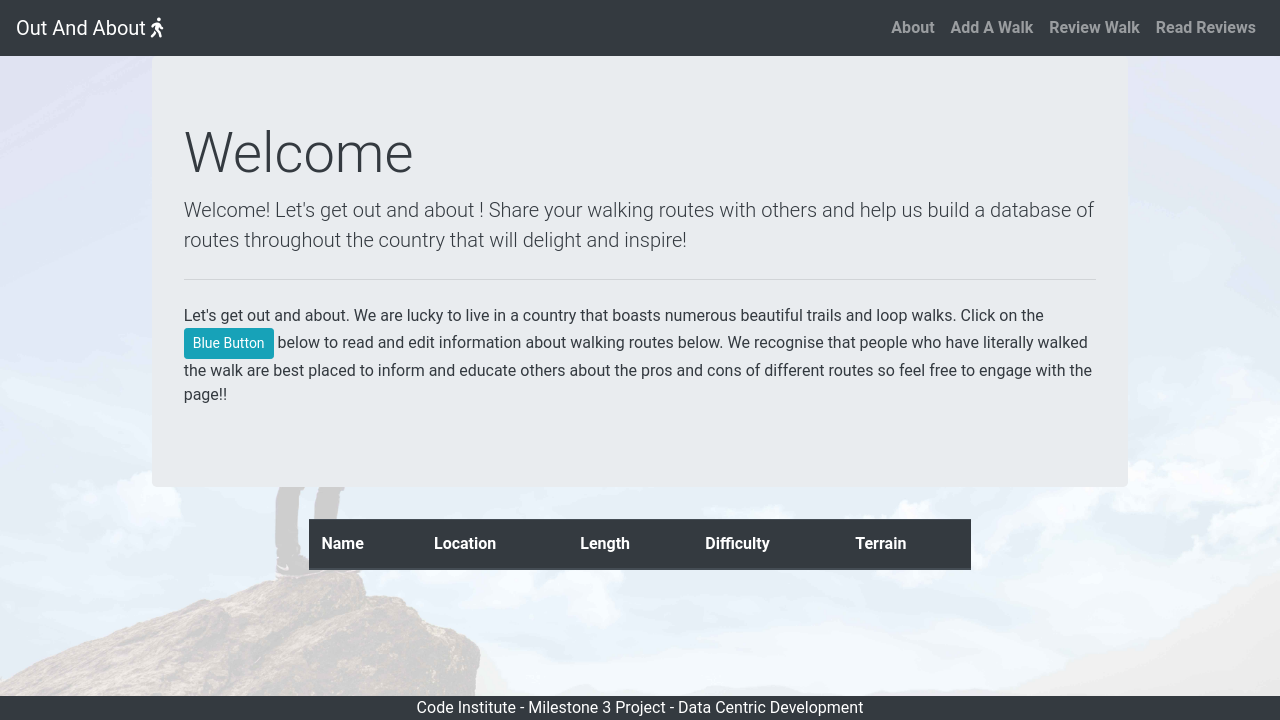
Repository: 5803emma/days-of-walking
Page: http://localhost/
The author's editor kept a record of every edit. The page is drawn from the files as they stood at one moment, then again after the next edit.
The browser window is 1280 px wide. The pictures show the whole page.
Some web libraries are served in a nearby version. The page is served by the project's application, run on Flask 3 (app.py). Queries for data that is not in the repository find no rows.

Above is the page before.

### templates/home.html
{% extends 'base.html'%} {% block content %}

<div class="container-fluid">

 <div class="row-welcome justify-content-center">
  <div class="col-12 text-dark">
   <div class="jumbotron">
    <h1 class="display-4">Welcome</h1>
    <p class="lead">Welcome! Let's get out and about ! Share your walking routes with others and help us build a database of routes throughout the country that will delight and inspire!</p>
    <hr class="my-4">
    <p>Let's get out and about.  We are lucky to live in a country that boasts numerous beautiful trails and loop walks. Click on the <button type="button" class="btn btn-info btn-sm">Blue Button</button>  below to read and edit information about walking routes below.  We recognise that people who have literally walked the walk are best placed to inform and educate others about the pros and cons of different routes so feel free to engage with the page!!</p>
   </div>
  </div>
 </div>

 <div class="row justify-content-center">
  <div class="col-12 col-md-8 table-responsive table-data">
   <table class="table table-hover">
    <thead class="thead-dark">
     <tr>
      <th scope="col">Name</th>
      <th scope="col">Location</th>
      <th scope="col">Length</th>
      <th scope="col">Difficulty</th>
      <th scope="col">Terrain</th>
     </tr>
    </thead>
    <tbody>

     {% for walk in walks %}
     <tr>
      <td><a class="btn btn-info btn-sm" href="{{url_for('edit_walk', walk_id=walk._id)}}" role="button">{{walk.walk_name}}</a></td>
      <td>{{walk.walk_location}}</td>
      <td>{{walk.walk_length}}</td>
      <td>{{walk.walk_difficulty}}</td>
      <td>{{walk.walk_terrain}}</td>
     </tr>
     {% endfor %}
    </tbody>
   </table>

  </div>
  {% endblock %}

### templates/base.html
<!DOCTYPE html>
<html>

<head>
    <link rel="stylesheet" href="https://stackpath.bootstrapcdn.com/bootstrap/4.4.1/css/bootstrap.min.css">
    <link rel="stylesheet" href="https://cdnjs.cloudflare.com/ajax/libs/font-awesome/5.12.0/css/all.min.css" />
    <link rel="stylesheet" href="{{ url_for('static', filename='css/style.css') }}" type="text/css" />
</head>

<body>
    <header>
        <nav class="navbar navbar-expand-md navbar-dark bg-dark home-logo-text">
            <a class="navbar-brand" href="{{url_for('get_walks')}}">Out And About <i
                    class="fas fa-walking"></i></a>
            <button class="navbar-toggler" type="button" data-toggle="collapse" data-target="#navbarNavAltMarkup" aria-controls="navbarNavAltMarkup" aria-expanded="false" aria-label="Toggle navigation">
                <span class="navbar-toggler-icon"></span>
            </button>
            <div class="collapse navbar-collapse" id="navbarNavAltMarkup">
                <div class="navbar-nav ml-auto">
                    <a class="nav-item nav-link" href="{{url_for('about')}}">About</a>
                    <a class="nav-item nav-link" href="{{url_for('add_new_walk')}}">Add A Walk</a>
                    <a class="nav-item nav-link" href="{{url_for('walk_review')}}">Review Walk</a>
                     <a class="nav-item nav-link" href="{{url_for('read_review')}}">Read Reviews</a>
                </div>
            </div>

        </nav>
    </header>

    <!-- Container for injected templates -->
    <div class="container-fluid">
        <div class="row justify-content-center">
            <div class="col-12 col-md-10 template-col">

    {% block content %} {% endblock %}

 <!-- Footer -->
  <footer class="bg-dark fixed-bottom">
    <div class="container-fluid">
      <p class="m-0 text-center text-white">Code Institute - Milestone 3 Project - Data Centric Development</p>
    </div>
    <!-- /.container -->
  </footer>

    <script src="https://code.jquery.com/jquery-3.4.1.slim.min.js"></script>
    <script src="https://cdn.jsdelivr.net/npm/popper.js@1.16.0/dist/umd/popper.min.js"></script>
    <script src="https://stackpath.bootstrapcdn.com/bootstrap/4.4.1/js/bootstrap.min.js"></script>
</body>

</html>

### app.py
import os
from flask import Flask, render_template, redirect, request, url_for
from flask_pymongo import PyMongo
from bson.objectid import ObjectId

app = Flask(__name__)

app.config["MONGO_DBNAME"] = 'walking_app'
app.config["MONGO_URI"] = 'mongodb+srv://root:johnbell@myfirstcluster-20lqh.mongodb.net/walking_app?retryWrites=true&w=majority'

mongo = PyMongo(app)

@app.route("/")
@app.route("/get_walks")
def get_walks():
    return render_template("home.html", walks=mongo.db.walks.find())

@app.route("/about")
def about():
    return render_template("about.html")


@app.route("/add_new_walk")
def add_new_walk():
    return render_template("add_walk.html")


@app.route("/insert_walk", methods=['POST'])
def insert_walk():
    walk = mongo.db.walks
    walk.insert_one(request.form.to_dict())
    return redirect(url_for('get_walks'))

# Update Information About Walk

@app.route("/edit_walk/<walk_id>")
def edit_walk(walk_id):
    the_walk = mongo.db.walks.find_one({"_id": ObjectId(walk_id)})
    return render_template("update_walk.html", walk=the_walk)

@app.route("/update_walk/<walk_id>", methods=["POST"])
def update_walk(walk_id):
    walk = mongo.db.walks
    walk.update({'_id': ObjectId(walk_id)}, {
        'walk_name' : request.form.get('walk_name'),
        'walk_location' : request.form.get('walk_location'),
        'walk_length' : request.form.get('walk_length'),
        'walk_difficulty' : request.form.get('walk_difficulty'),
        'walk_terrain' : request.form.get('walk_terrain')
    })
    return redirect(url_for('get_walks'))

# Delete Option

@app.route("/delete_walk/<walk_id>")
def delete_walk(walk_id):
    mongo.db.walks.remove({'_id': ObjectId(walk_id)})
    return redirect(url_for('get_walks'))

@app.route("/leave_review")
def walk_review():
    return render_template("walk_review.html", walks=mongo.db.walks.find())

# Sends the data that the user inserts to the database

@app.route("/walk_review", methods=['POST'])
def insert_review():
    review = mongo.db.reviews
    review.insert_one(request.form.to_dict())
    return redirect(url_for('walk_review'))


@app.route("/read_review")
def read_review():
    return render_template("read_reviews.html", reviews=mongo.db.reviews.find())

if __name__ == "__main__":
    app.run(host=os.environ.get("IP"),
    port=int(os.environ.get("PORT")),
    debug=True)

### static/css/style.css
body {
  background-image: url(../images/bg-image.jpg);
  background-color: #FAFAFA;
  background-repeat: no-repeat;
  background-size: cover;
  font-family: 'Roboto', sans-serif;
}

.nav-item {
  font-weight: bold;
  color: #ffffff;
}

After the next edit:
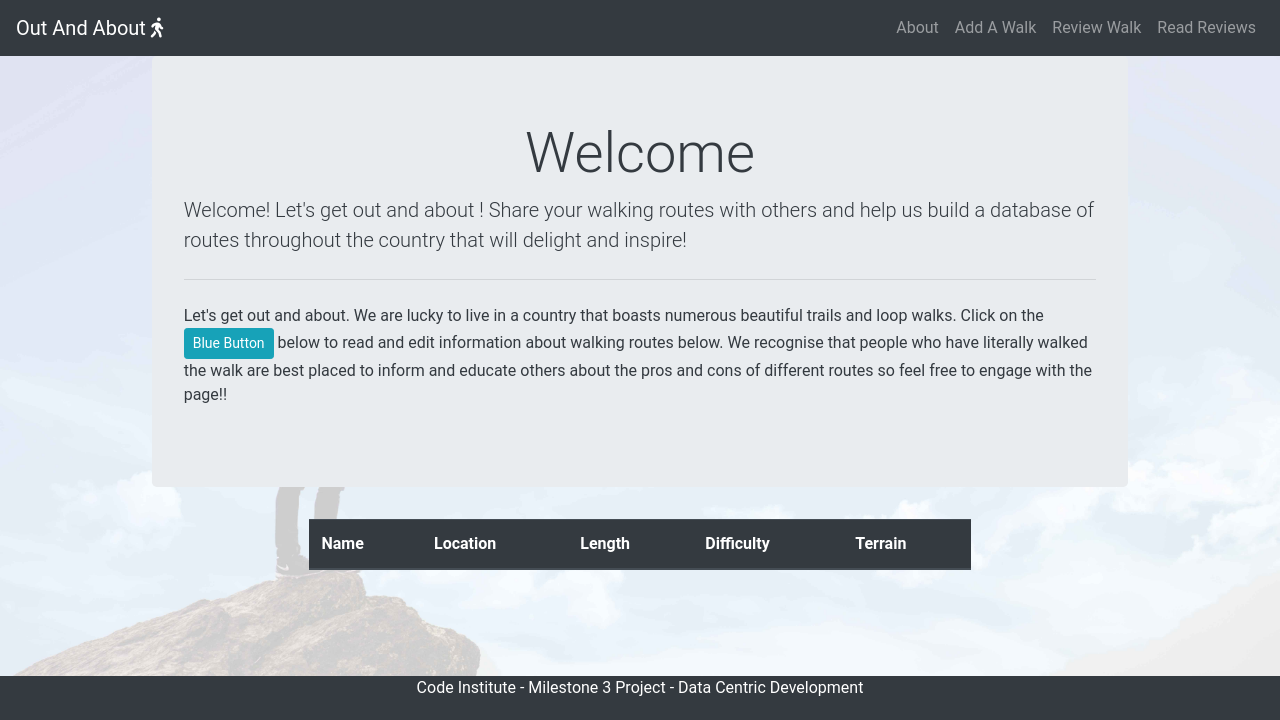
The edit:
--- a/static/css/style.css
+++ b/static/css/style.css
@@ -6,7 +6,10 @@
   font-family: 'Roboto', sans-serif;
 }
 
-.nav-item {
-  font-weight: bold;
-  color: #ffffff;
+h1, h2 {
+  text-align: center;
 }
+
+.container-fluid {
+  padding-bottom: 20px;
+}
